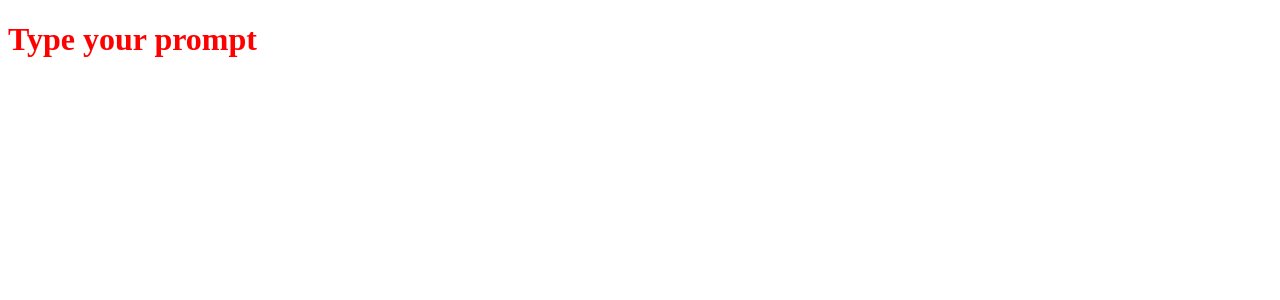
Repository: Appl3Kitti3/PROJECT_4537
Page: ClientSide/index.html
These files come from the project's save history. The page is drawn as it stood at one moment and after a run of saves; the edit follows.
The browser window is 1280 px wide. The pictures show the whole page.

Above is the page before, as saved 2024-10-17 20:47:42.

### ClientSide/index.html
<!DOCTYPE html>
<html>
    <head>
        <title>Client Side</title>
        <style>
            h1 {
                color: red;
            }
        </style>
    </head>
    <body>
        <h1>
            Type your prompt
        </h1>
    </body>
</html>

After the next 2 saves:
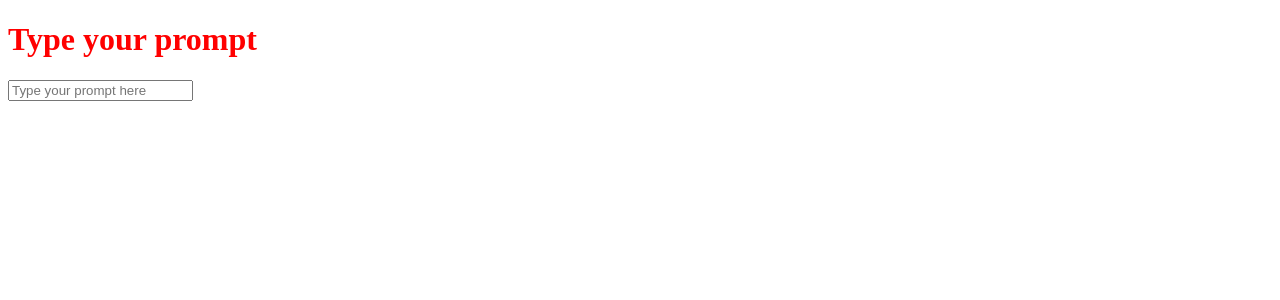
The 2 saves are shown as one change because they came seconds apart.
The last was saved 6 s later.
--- a/ClientSide/index.html
+++ b/ClientSide/index.html
@@ -12,5 +12,8 @@
         <h1>
             Type your prompt
         </h1>
+
+
+        <input type="text" id="prompt" placeholder="Type your prompt here" />
     </body>
 </html>
